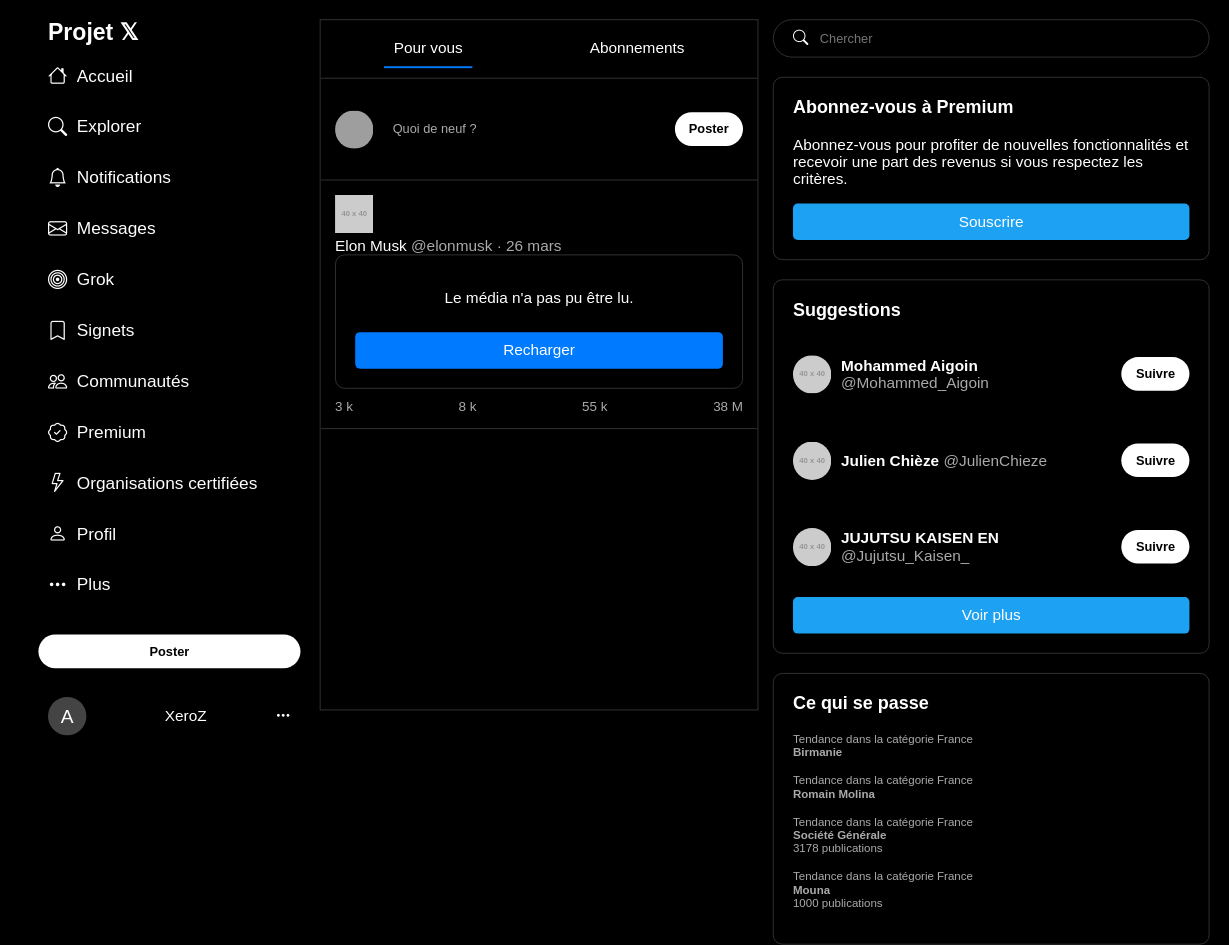
Repository: barriefl/ProjetX_BARRIER_MAULINE_MARQUES-FELIX_SERVONNET
Page: web/front/main.html
These files come from the project's save history. The page is drawn as it stood at one moment and after a run of saves; the edit follows.
The browser window is 1280 px wide. The pictures show the whole page, at 96% of full size.
Pictures or frames that could not be fetched are drawn as grey boxes.

Above is the page before, as saved 2025-03-31 10:13:40.

After the next 3 saves:
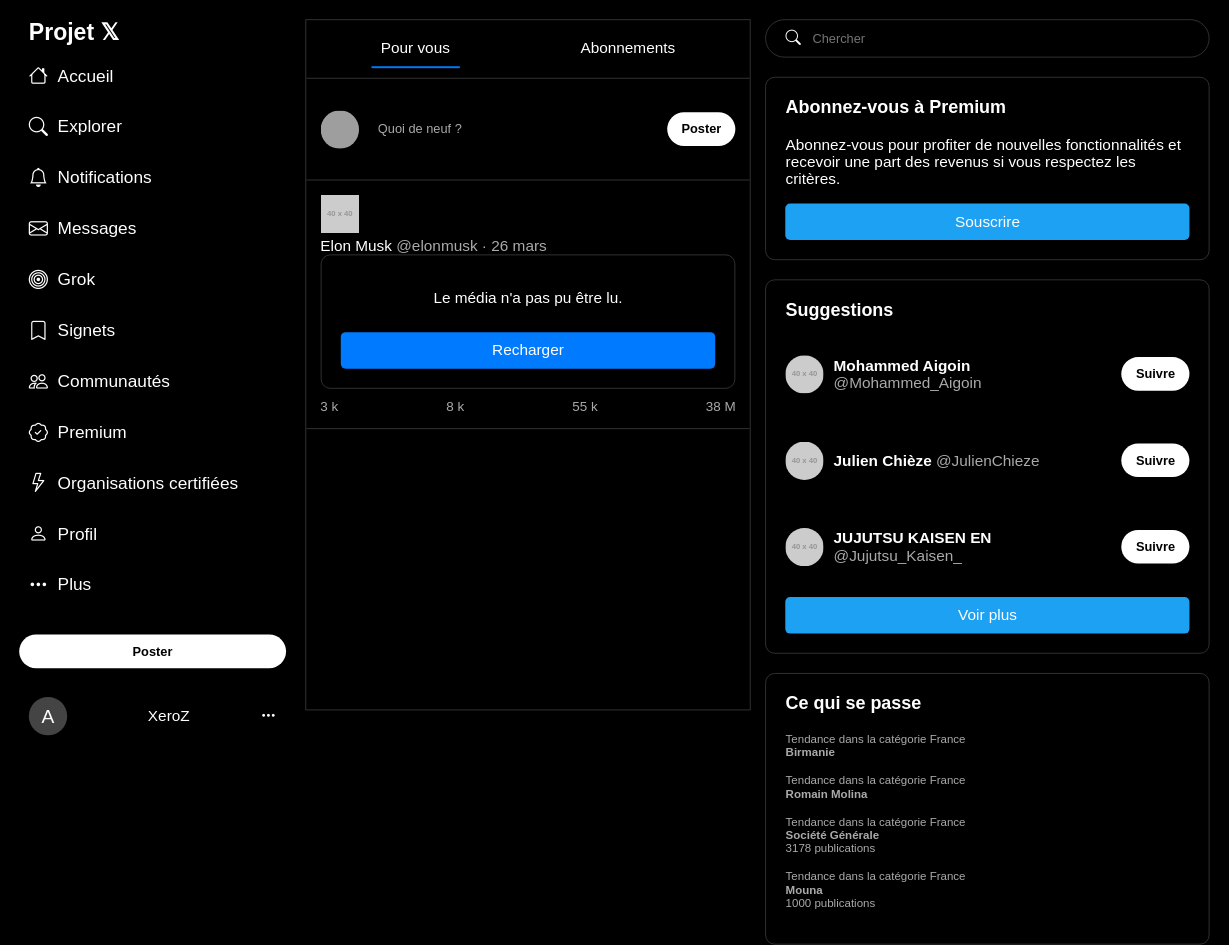
The 3 saves are shown as one change because they came seconds apart.
The last was saved 43 s later.
--- a/web/front/style/main.css
+++ b/web/front/style/main.css
@@ -14,7 +14,7 @@
     height: 100vh;
     display: flex;
     flex-direction: column;
-    padding: 0 20px;
+    padding-right: 20px;
 }
 
 .logo {
